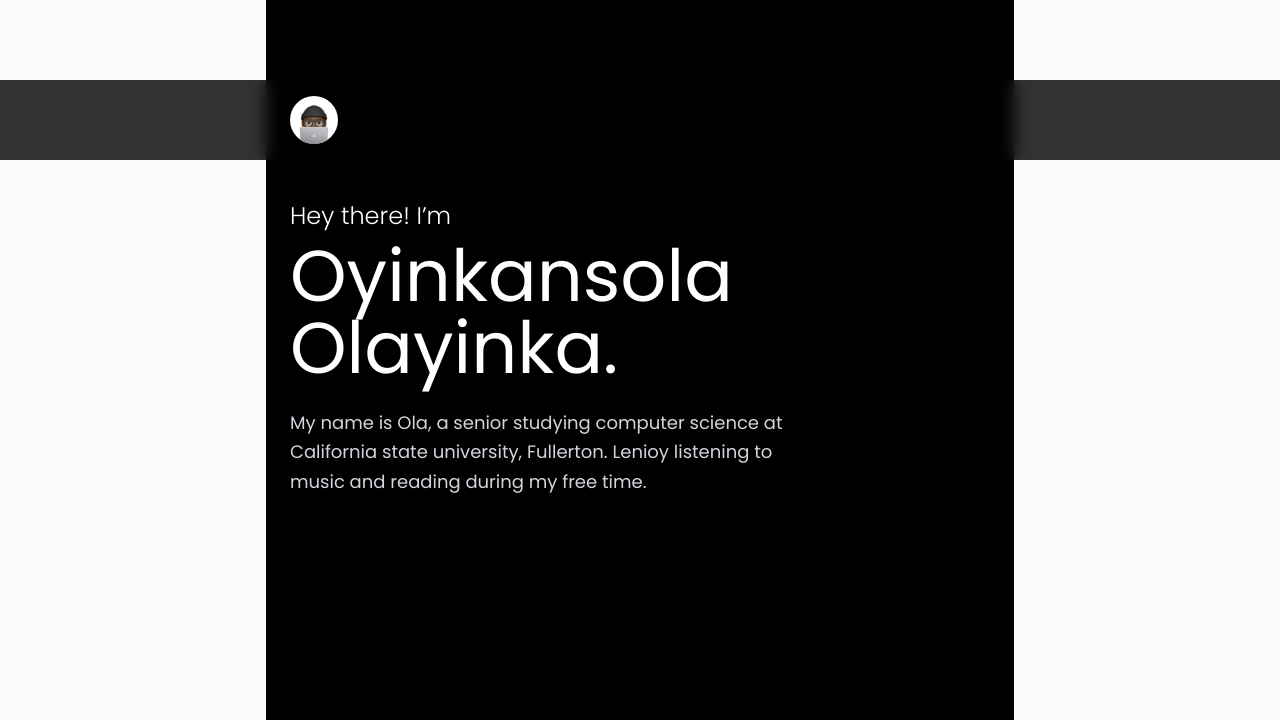
Repository: olasores/olasores-portfolio
Page: /
These files come from the project's save history. The page is drawn as it stood at one moment and after the next save; the edit follows.
The browser window is 1280 px wide. The pictures show the whole page.
The project was rebuilt for these pictures with package versions that can differ from the ones it lists, and the page was loaded fresh each time. The framework's server and built-in components were replaced by stand-ins that run in the browser. Also part of the build but not shown: next.config.ts.

Above is the page before, as saved 2025-11-11 12:45:00.

### app/layout.tsx
import type { Metadata } from "next";
import { Poppins } from "next/font/google";
import "./globals.css";
import Navbar from "./components/Navbar";

const poppins = Poppins({
  variable: "--font-poppins",
  weight: ["300", "400", "500", "600", "700"],
  subsets: ["latin"],
});

export const metadata: Metadata = {
  title: "Create Next App",
  description: "Generated by create next app",
};

export default function RootLayout({
  children,
}: Readonly<{
  children: React.ReactNode;
}>) {
  return (
    <html lang="en">
      <body
        className={`${poppins.variable} antialiased`}
      >
        <Navbar />
        {children}
      </body>
    </html>
  );
}

### app/page.tsx
import Image from "next/image";
import HomeSection from "./components/HomeSection";
import Portfolio from "./components/Portfolio";

export default function Home() {
  return (

    <div className="flex min-h-screen items-center justify-center bg-zinc-50 font-sans dark:bg-black">
      <HomeSection />
      <Portfolio />
    </div>
  );
}

### app/globals.css
@import "tailwindcss";

* {
  font-family: 'Poppins', sans-serif;
}

:root {
  --background: #ffffff;
  --foreground: #171717;
}

@media (prefers-color-scheme: dark) {
  :root {
    --background: #0a0a0a;
    --foreground: #ededed;
  }
}

body {
  background: var(--background);
  color: var(--foreground);
}

### app/components/Navbar.tsx
export default function Navbar() {
    return (
        <nav className="fixed top-20 left-0 right-0 bg-black/80 backdrop-blur-sm px-6 py-4 z-50 flex justify-center">
            <div className="max-w-[700px] w-full flex items-center justify-between">
                {/* Logo */}
                <div className="relative w-12 h-12 rounded-full bg-white overflow-hidden flex items-center justify-center">
                    <img
                        src="/assets/olaimg2.webp"
                        alt="Oyinkansola Olayinka Logo"
                        className="w-full h-full object-cover"
                    />
                </div>

                {/* Links */}
                {/* <div className="flex gap-8 text-white">
                    <a href="#" className="hover:text-gray-400 transition">
                        Github ↗
                    </a>
                    <a href="#" className="hover:text-gray-400 transition">
                        linkedin ↗
                    </a>
                    <a href="#" className="hover:text-gray-400 transition">
                        Resume ↗
                    </a>
                </div> */}
            </div>
        </nav>
    );
}

### app/components/HomeSection.tsx


export default function HomeSection() {
    return (
        <div className="flex min-h-screen justify-center bg-black font-sans dark:bg-black px-6 py-5 pt-50">
            <div className="max-w-[700px] w-full flex flex-col gap-12">
                {/* Text content */}
                <div className="flex flex-col gap-6 items-center md:items-start">
                    <div>
                        <h2 className="text-xl md:text-2xl font-light text-white mb-2">
                            Hey there! I&rsquo;m
                        </h2>
                        <h1 className="text-5xl md:text-7xl  text-white">
                            Oyinkansola Olayinka.
                        </h1>
                    </div>

                    <p className="text-base md:text-lg text-gray-300 leading-relaxed max-w-lg">
                        My name is Ola, a senior studying computer science at California state university, Fullerton. Lenioy listening to music and reading during my free time.
                    </p>

                    {/* Links */}
                    {/* <div className="flex gap-6 text-lg md:text-xl text-white">
                        <a href="#" className="hover:text-gray-400 transition">
                            Github ↗
                        </a>
                        <a href="#" className="hover:text-gray-400 transition">
                            linkedin ↗
                        </a>
                        <a href="#" className="hover:text-gray-400 transition">
                            Resume ↗
                        </a>
                    </div> */}
                </div>
            </div>
        </div>
    );
}

### app/components/Portfolio.tsx
export default function Portfolio() {
    return (
        <div>

        </div>

    );
}

After the next save:
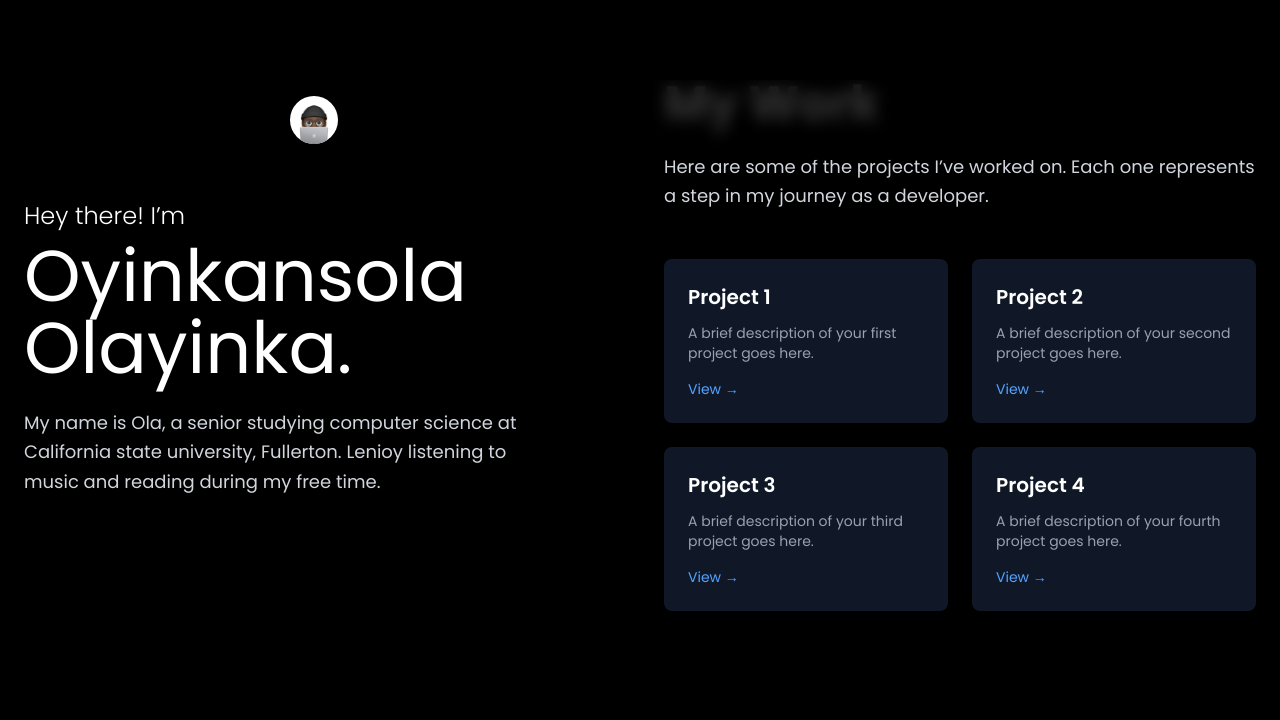
Saved 34 s later.
--- a/app/components/Portfolio.tsx
+++ b/app/components/Portfolio.tsx
@@ -1,8 +1,80 @@
 export default function Portfolio() {
     return (
-        <div>
+        <div className="flex min-h-screen justify-center bg-black font-sans dark:bg-black px-6 py-5 pt-20">
+            <div className="max-w-[700px] w-full flex flex-col gap-12">
+                {/* Section Title */}
+                <div className="flex flex-col gap-6">
+                    <h1 className="text-4xl md:text-5xl font-bold text-white">
+                        My Work
+                    </h1>
+                    <p className="text-base md:text-lg text-gray-300 leading-relaxed">
+                        Here are some of the projects I&rsquo;ve worked on. Each one represents a step in my journey as a developer.
+                    </p>
+                </div>
 
+                {/* Projects Grid */}
+                <div className="grid grid-cols-1 md:grid-cols-2 gap-6">
+                    {/* Project Card 1 */}
+                    <div className="bg-gray-900 rounded-lg p-6 hover:bg-gray-800 transition">
+                        <h3 className="text-xl font-semibold text-white mb-3">
+                            Project 1
+                        </h3>
+                        <p className="text-gray-400 text-sm mb-4">
+                            A brief description of your first project goes here.
+                        </p>
+                        <div className="flex gap-2">
+                            <a href="#" className="text-blue-400 hover:text-blue-300 text-sm">
+                                View →
+                            </a>
+                        </div>
+                    </div>
+
+                    {/* Project Card 2 */}
+                    <div className="bg-gray-900 rounded-lg p-6 hover:bg-gray-800 transition">
+                        <h3 className="text-xl font-semibold text-white mb-3">
+                            Project 2
+                        </h3>
+                        <p className="text-gray-400 text-sm mb-4">
+                            A brief description of your second project goes here.
+                        </p>
+                        <div className="flex gap-2">
+                            <a href="#" className="text-blue-400 hover:text-blue-300 text-sm">
+                                View →
+                            </a>
+                        </div>
+                    </div>
+
+                    {/* Project Card 3 */}
+                    <div className="bg-gray-900 rounded-lg p-6 hover:bg-gray-800 transition">
+                        <h3 className="text-xl font-semibold text-white mb-3">
+                            Project 3
+                        </h3>
+                        <p className="text-gray-400 text-sm mb-4">
+                            A brief description of your third project goes here.
+                        </p>
+                        <div className="flex gap-2">
+                            <a href="#" className="text-blue-400 hover:text-blue-300 text-sm">
+                                View →
+                            </a>
+                        </div>
+                    </div>
+
+                    {/* Project Card 4 */}
+                    <div className="bg-gray-900 rounded-lg p-6 hover:bg-gray-800 transition">
+                        <h3 className="text-xl font-semibold text-white mb-3">
+                            Project 4
+                        </h3>
+                        <p className="text-gray-400 text-sm mb-4">
+                            A brief description of your fourth project goes here.
+                        </p>
+                        <div className="flex gap-2">
+                            <a href="#" className="text-blue-400 hover:text-blue-300 text-sm">
+                                View →
+                            </a>
+                        </div>
+                    </div>
+                </div>
+            </div>
         </div>
-
     );
 }

After the save that followed:
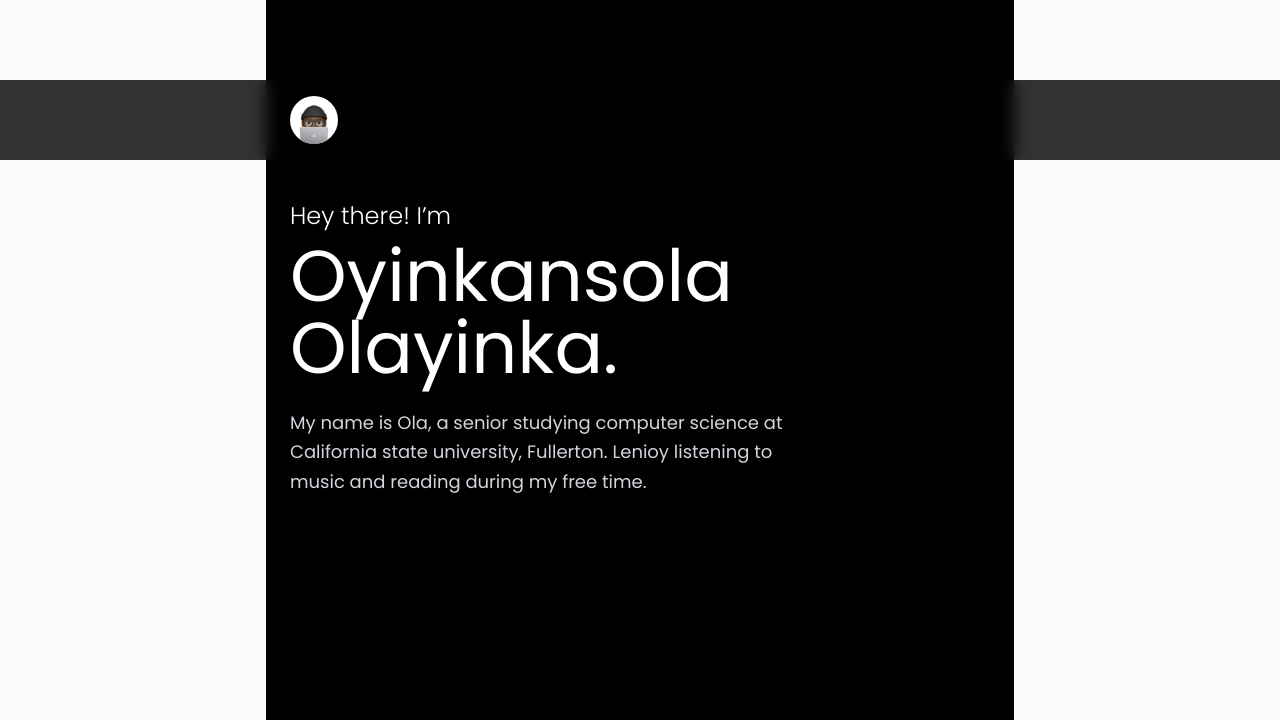
Saved 15 s later.
--- a/app/components/Portfolio.tsx
+++ b/app/components/Portfolio.tsx
@@ -1,80 +1,8 @@
 export default function Portfolio() {
     return (
-        <div className="flex min-h-screen justify-center bg-black font-sans dark:bg-black px-6 py-5 pt-20">
-            <div className="max-w-[700px] w-full flex flex-col gap-12">
-                {/* Section Title */}
-                <div className="flex flex-col gap-6">
-                    <h1 className="text-4xl md:text-5xl font-bold text-white">
-                        My Work
-                    </h1>
-                    <p className="text-base md:text-lg text-gray-300 leading-relaxed">
-                        Here are some of the projects I&rsquo;ve worked on. Each one represents a step in my journey as a developer.
-                    </p>
-                </div>
+        <div>
 
-                {/* Projects Grid */}
-                <div className="grid grid-cols-1 md:grid-cols-2 gap-6">
-                    {/* Project Card 1 */}
-                    <div className="bg-gray-900 rounded-lg p-6 hover:bg-gray-800 transition">
-                        <h3 className="text-xl font-semibold text-white mb-3">
-                            Project 1
-                        </h3>
-                        <p className="text-gray-400 text-sm mb-4">
-                            A brief description of your first project goes here.
-                        </p>
-                        <div className="flex gap-2">
-                            <a href="#" className="text-blue-400 hover:text-blue-300 text-sm">
-                                View →
-                            </a>
-                        </div>
-                    </div>
+        </div>
 
-                    {/* Project Card 2 */}
-                    <div className="bg-gray-900 rounded-lg p-6 hover:bg-gray-800 transition">
-                        <h3 className="text-xl font-semibold text-white mb-3">
-                            Project 2
-                        </h3>
-                        <p className="text-gray-400 text-sm mb-4">
-                            A brief description of your second project goes here.
-                        </p>
-                        <div className="flex gap-2">
-                            <a href="#" className="text-blue-400 hover:text-blue-300 text-sm">
-                                View →
-                            </a>
-                        </div>
-                    </div>
-
-                    {/* Project Card 3 */}
-                    <div className="bg-gray-900 rounded-lg p-6 hover:bg-gray-800 transition">
-                        <h3 className="text-xl font-semibold text-white mb-3">
-                            Project 3
-                        </h3>
-                        <p className="text-gray-400 text-sm mb-4">
-                            A brief description of your third project goes here.
-                        </p>
-                        <div className="flex gap-2">
-                            <a href="#" className="text-blue-400 hover:text-blue-300 text-sm">
-                                View →
-                            </a>
-                        </div>
-                    </div>
-
-                    {/* Project Card 4 */}
-                    <div className="bg-gray-900 rounded-lg p-6 hover:bg-gray-800 transition">
-                        <h3 className="text-xl font-semibold text-white mb-3">
-                            Project 4
-                        </h3>
-                        <p className="text-gray-400 text-sm mb-4">
-                            A brief description of your fourth project goes here.
-                        </p>
-                        <div className="flex gap-2">
-                            <a href="#" className="text-blue-400 hover:text-blue-300 text-sm">
-                                View →
-                            </a>
-                        </div>
-                    </div>
-                </div>
-            </div>
-        </div>
     );
 }
